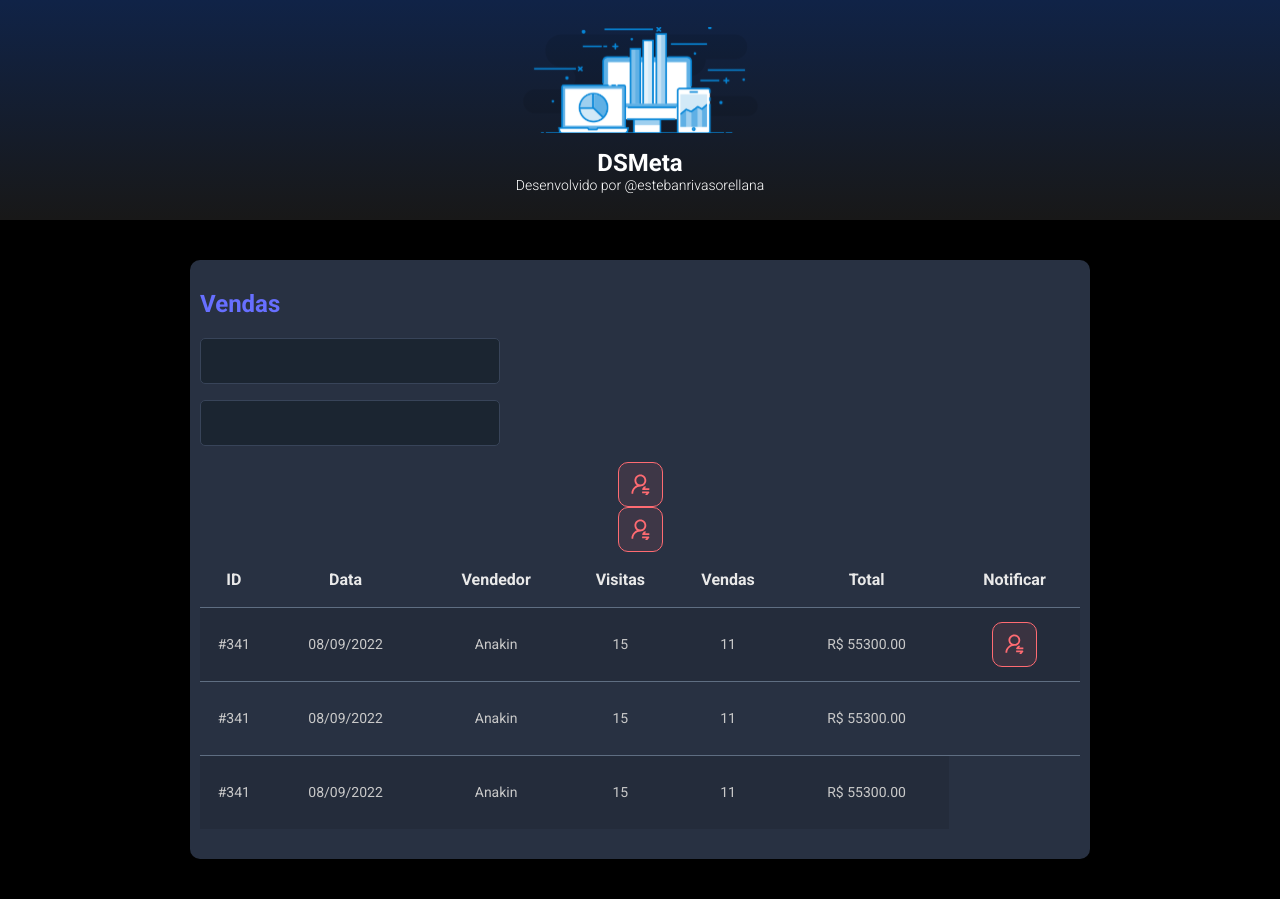
Repository: estebanrivas/dsmeta-css
Page: index.html
An editor plug-in stored every save of this project. The page is shown before and after the next save, followed by the edit.
The browser window is 1280 px wide. The pictures show the whole page.

Above is the page before, as saved 2022-09-08 22:28:29.

### index.html
<!DOCTYPE html>
<html lang="en">

<head>
    <meta charset="UTF-8">
    <meta http-equiv="X-UA-Compatible" content="IE=edge">
    <meta name="viewport" content="width=device-width, initial-scale=1.0">
    <title>DSMeta</title>

    <link rel="stylesheet" href="css/styles.css">
</head>

<body>
    <header>
        <div class="dsmeta-logo-container">
            <img src="images/logo.svg" alt="DSMeta">
            <h1>DSMeta</h1>
            <p>Desenvolvido por
                <a href="https://www.instagram.com/estebanrivasorellana/">@estebanrivasorellana</a>
            </p>
        </div>
    </header>

    <main>
        <section id="sales">
            <div class="dsmeta-container">
                <div class="dsmeta-card">
                    <h2 class="dsmeta-sales-title">Vendas</h2>

                    <div>
                        <div class="dsmeta-form-control-container">
                            <input class="dsmeta-form-control" type="text">
                        </div>
                        <div class="dsmeta-form-control-container">
                            <input class="dsmeta-form-control" type="text">
                        </div>
                    </div>

                    <div>
                        <table class="dsmeta-sales-table">
                            <thead>
                                <tr>
                                    <th class="show900">ID</th>
                                    <th class="show576">Data</th>
                                    <th>Vendedor</th>
                                    <th class="show900">Visitas</th>
                                    <th class="show900">Vendas</th>
                                    <th>Total</th>
                                    <th>Notificar</th>
                                </tr>
                            </thead>
                            <tbody>
                                <tr>
                                    <td class="show900">#341</td>
                                    <td class="show576">08/09/2022</td>
                                    <td>Anakin</td>
                                    <td class="show900">15</td>
                                    <td class="show900">11</td>
                                    <td>R$ 55300.00</td>
                                    <td>
                                        <div class="dsmeta-red-btn-container">
                                            <div class="dsmeta-red-btn">
                                                <img src="images/notification-icon.svg" alt="Notificar">
                                            </div>
                                        </div>
                                    </td>
                                </tr>
                                <tr>
                                    <td class="show900">#341</td>
                                    <td class="show576">08/09/2022</td>
                                    <td>Anakin</td>
                                    <td class="show900">15</td>
                                    <td class="show900">11</td>
                                    <td>R$ 55300.00</td>
                                    <div class="dsmeta-red-btn-container">
                                        <div class="dsmeta-red-btn">
                                            <img src="images/notification-icon.svg" alt="Notificar">
                                        </div>
                                    </div>
                                    </td>
                                </tr>
                                <tr>
                                    <td class="show900">#341</td>
                                    <td class="show576">08/09/2022</td>
                                    <td>Anakin</td>
                                    <td class="show900">15</td>
                                    <td class="show900">11</td>
                                    <td>R$ 55300.00</td>
                                    <div class="dsmeta-red-btn-container">
                                        <div class="dsmeta-red-btn">
                                            <img src="images/notification-icon.svg" alt="Notificar">
                                        </div>
                                    </div>
                                    </td>
                                </tr>
                            </tbody>
                        </table>
                    </div>
                </div>
            </div>
        </section>
    </main>


</body>

</html>

### css/styles.css
@import url("https://fonts.googleapis.com/css2?family=Roboto:wght@300;400;700&display=swap");

* {
  font-family: "Roboto", sans-serif;
  box-sizing: border-box;
  margin: 0;
  padding: 0;
}

body,
html {
  background-color: #000;
  color: #fff;
}

a,
a:hover,
a:visited {
  color: unset;
  text-decoration: none;
}

header {
  height: 220px;
  background: linear-gradient(180deg, #102347 0%, #181818 100%);
  display: flex;
  align-items: center;
  justify-content: center;
}

.dsmeta-logo-container {
  display: flex;
  flex-direction: column;
  align-items: center;
}

.dsmeta-logo-container img {
  width: 235px;
}

.dsmeta-logo-container h1 {
  padding-top: 15px;
  font-size: 24px;
}

.dsmeta-logo-container p {
  font-size: 14px;
  font-weight: 300;
}

#sales {
  padding: 40px 10px;
}

.dsmeta-container {
  width: 100%;
  max-width: 900px;
  margin: 0 auto;
}

.dsmeta-card {
  background-color: #283142;
  border-radius: 10px;
  padding: 30px 10px;
}

.dsmeta-form-control-container {
  margin-bottom: 16px;
  max-width: 300px;
}

.dsmeta-form-control {
  width: 100%;
  height: 46px;
  background-color: #1b2531;
  border: 1px solid #384459;
  border-radius: 5px;
  color: #9aaabe;
  padding: 0 20px;
  font-size: 18px;
  font-weight: 400;
}

.dsmeta-sales-title {
  color: #676fff;
  font-size: 24px;
  margin-bottom: 20px;
}

.dsmeta-sales-table {
  width: 100%;
  border-spacing: 0;
  border-collapse: collapse;
}

.dsmeta-sales-table thead {
  height: 55px;
  font-size: 16px;
  color: #e9e9e9;
  font-weight: 700;
}

.dsmeta-sales-table tbody {
  font-size: 14px;
  font-weight: 400;
  color: #c9c9c9;
  text-align: center;
}

.dsmeta-sales-table tbody tr {
  height: 74px;
  border-top: 1px solid #5f6e82;
}

.dsmeta-sales-table tbody tr:hover > td {
  background-color: #384459;
}

.dsmeta-sales-table tbody tr:nth-child(odd) {
  background-color: #242c3b;
}

.dsmeta-red-btn-container{
    display: flex;
    justify-content: center;
}

.dsmeta-red-btn {
  height: 45px;
  width: 45px;
  display: flex;
  align-items: center;
  justify-content: center;
  background: rgba(255, 107, 114, 0.1);
  border: 1px solid #ff6b72;
  border-radius: 10px;
  cursor: pointer;
}

.dsmeta-red-btn img{
    width: 19px;
}

.show576{
    display: none;
}

@media (min-width: 576px){
    .show576{
        display: table-cell;
    }
}

.show900{
    display: none;
}

@media (min-width: 900px){
    .show900{
        display: table-cell;
    }
}

After the next save:
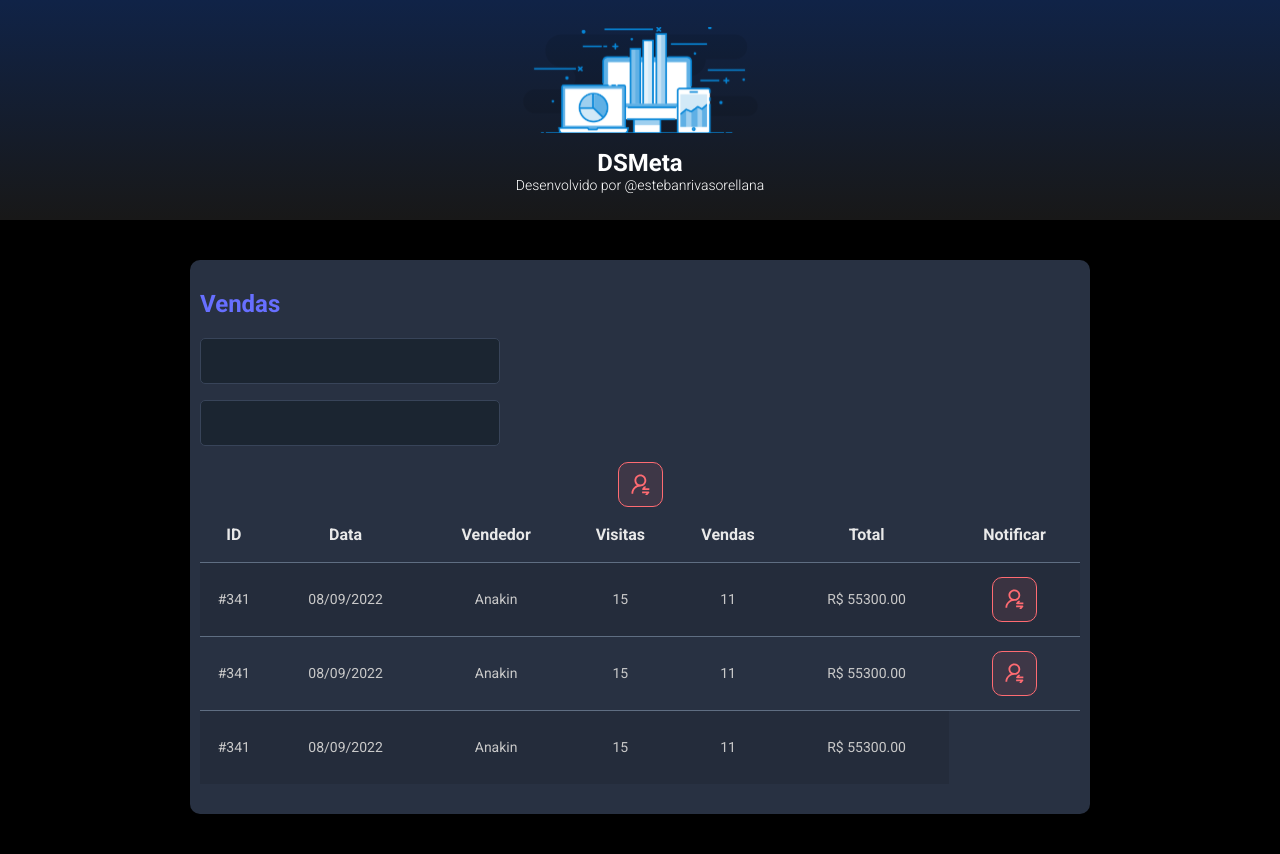
Saved 15 s later.
--- a/index.html
+++ b/index.html
@@ -72,11 +72,12 @@
                                     <td class="show900">15</td>
                                     <td class="show900">11</td>
                                     <td>R$ 55300.00</td>
-                                    <div class="dsmeta-red-btn-container">
-                                        <div class="dsmeta-red-btn">
-                                            <img src="images/notification-icon.svg" alt="Notificar">
+                                    <td>
+                                        <div class="dsmeta-red-btn-container">
+                                            <div class="dsmeta-red-btn">
+                                                <img src="images/notification-icon.svg" alt="Notificar">
+                                            </div>
                                         </div>
-                                    </div>
                                     </td>
                                 </tr>
                                 <tr>
